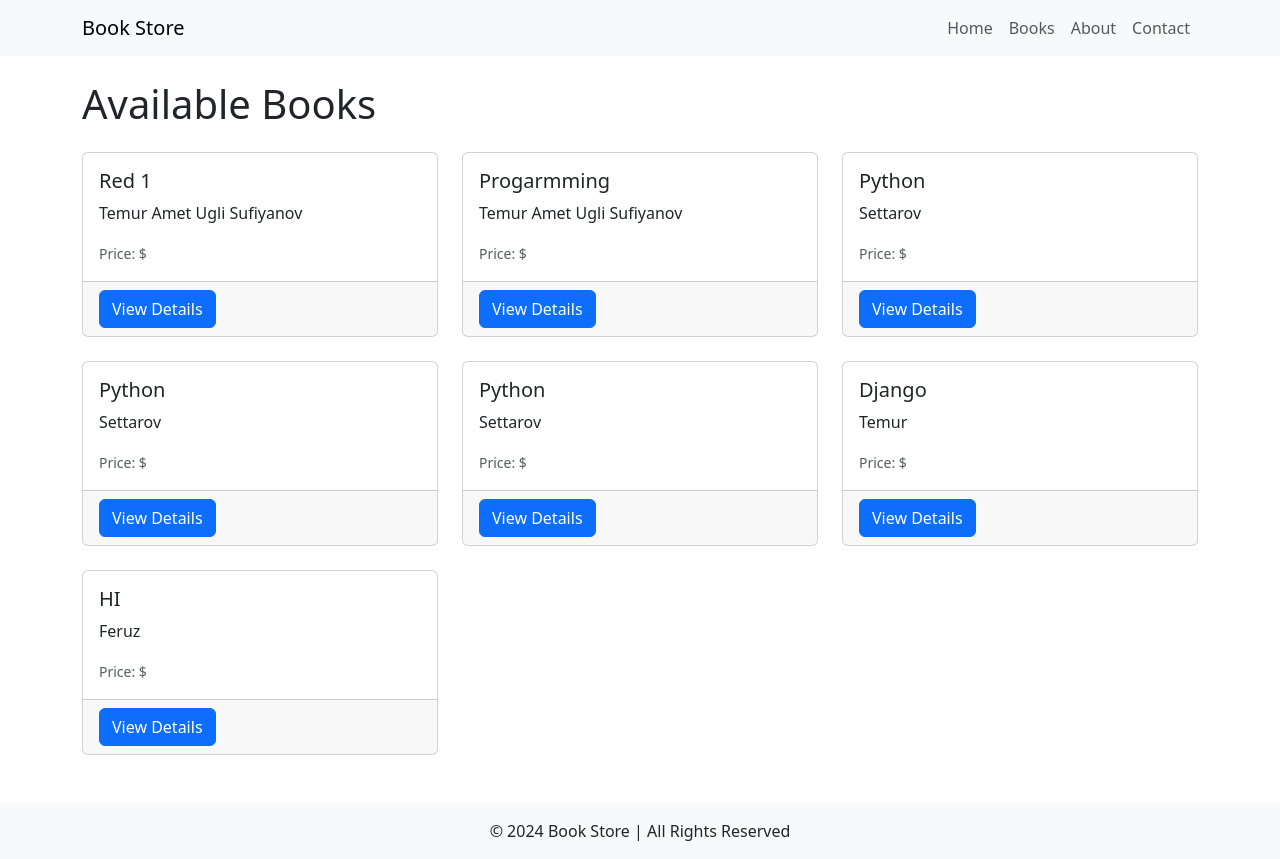
Repository: Temur-Sufiyanov/CBV
Page: http://localhost/
An editor plug-in stored every save of this project. The page is shown before and after the next save, followed by the edit.
The browser window is 1280 px wide. The pictures show the whole page.
The page is served by the project's application, run on Django 5.2 (manage.py). Other server files are loaded and not shown. The page reads the database file committed with the project.

Above is the page before, as saved 2024-12-14 12:10:17.

### book/templates/book/home.html
{% extends 'book/base.html' %}

{% block content %}
<h1 class="mb-4">Available Books</h1>
<div class="row">
    {% for book in books %}
        <div class="col-md-4 mb-4">
            <div class="card h-100">
                <div class="card-body">
                    <h5 class="card-title">{{ book.title }}</h5>
                    <p class="card-text">{{ book.author }}</p>
                    <p class="card-text"><small class="text-muted">Price: ${{ book.price }}</small></p>
                </div>
                <div class="card-footer">
                    <a href="{{ book.slug}}/" class="btn btn-primary">View Details</a>
                </div>
            </div>
        </div>
    {% endfor %}
</div>
{% endblock %}

### book/templates/book/base.html
<!DOCTYPE html>
<html lang="en">
<head>
    <meta charset="UTF-8">
    <meta name="viewport" content="width=device-width, initial-scale=1.0">
    <title>Book Store</title>
    <!-- CSS (Bootstrap for styling, you can replace with your own styles) -->
    <link rel="stylesheet" href="https://cdn.jsdelivr.net/npm/bootstrap@5.3.0/dist/css/bootstrap.min.css">
</head>
<body>
    <!-- Navbar -->
    <nav class="navbar navbar-expand-lg navbar-light bg-light">
        <div class="container">
            <a class="navbar-brand" href="/">Book Store</a>
            <button class="navbar-toggler" type="button" data-bs-toggle="collapse" data-bs-target="#navbarNav" aria-controls="navbarNav" aria-expanded="false" aria-label="Toggle navigation">
                <span class="navbar-toggler-icon"></span>
            </button>
            <div class="collapse navbar-collapse" id="navbarNav">
                <ul class="navbar-nav ms-auto">
                    <li class="nav-item">
                        <a class="nav-link" href="/">Home</a>
                    </li>
                    <li class="nav-item">
                        <a class="nav-link" href="/books/">Books</a>
                    </li>
                    <li class="nav-item">
                        <a class="nav-link" href="/about/">About</a>
                    </li>
                    <li class="nav-item">
                        <a class="nav-link" href="/contact/">Contact</a>
                    </li>
                </ul>
            </div>
        </div>
    </nav>

    <!-- Main Content Area -->
    <div class="container mt-4">
        {% block content %}
        <!-- Content will be injected here -->
        {% endblock %}
    </div>

    <!-- Footer -->
    <footer class="bg-light text-center text-lg-start mt-4">
        <div class="text-center p-3">
            © 2024 Book Store | All Rights Reserved
        </div>
    </footer>

    <!-- JS (Bootstrap and other scripts) -->
    <script src="https://cdn.jsdelivr.net/npm/bootstrap@5.3.0/dist/js/bootstrap.bundle.min.js"></script>
</body>
</html>

### book/models.py
from django.db import models

# Create your models here.

class Book(models.Model):
    title = models.CharField(max_length=200)
    author = models.CharField(max_length=150)
    genre = models.CharField(max_length=59)
    slug = models.SlugField(null=True)
    count = models.IntegerField(null=True, default=0)


    def __str__(self):
        return self.title

### book/views.py
from django.shortcuts import render
from django.views.generic.base import TemplateView
from django.views.generic.list import ListView
from django.views.generic.detail import DetailView
from .models import Book
# Create your views here.

# class IndexView(TemplateView):

#     template_name = 'book/home.html'

#     def get_context_data(self, **kwargs):
#         context = super().get_context_data(**kwargs)
#         context['books'] = Book.objects.all()

#         return context

class IndexView(ListView):
    model = Book
    template_name = 'book/home.html'
    context_object_name = 'books'

class BookDetail(DetailView):

    model = Book
    template_name = 'book/book_detail.html'
    context_object_name = 'book'

### core/urls.py
"""
URL configuration for core project.

The `urlpatterns` list routes URLs to views. For more information please see:
    https://docs.djangoproject.com/en/5.1/topics/http/urls/
Examples:
Function views
    1. Add an import:  from my_app import views
    2. Add a URL to urlpatterns:  path('', views.home, name='home')
Class-based views
    1. Add an import:  from other_app.views import Home
    2. Add a URL to urlpatterns:  path('', Home.as_view(), name='home')
Including another URLconf
    1. Import the include() function: from django.urls import include, path
    2. Add a URL to urlpatterns:  path('blog/', include('blog.urls'))
"""
from django.contrib import admin
from django.urls import path, include

urlpatterns = [
    path('admin/', admin.site.urls),
    # path('', include('cbv.urls')),
    path('',include('book.urls')),
]

### book/urls.py
from django.urls import path
from .views import IndexView, BookDetail

urlpatterns = [
    path('', IndexView.as_view(), name='home'),
    path('<slug:slug>/', BookDetail.as_view(), name='book-detail'),
]

### db.sqlite3 (the tables this page reads, as SQL)
CREATE TABLE "book_book" ("id" integer NOT NULL PRIMARY KEY AUTOINCREMENT, "title" varchar(200) NOT NULL, "author" varchar(150) NOT NULL, "genre" varchar(59) NOT NULL, "slug" varchar(50) NULL, "count" integer NULL);
INSERT INTO "book_book" VALUES
(1, 'Red 1', 'Temur Amet Ugli Sufiyanov', 'Fiction', 'fiction', 4),
(2, 'Progarmming', 'Temur Amet Ugli Sufiyanov', 'programming', 'progarmming', 7),
(3, 'Python', 'Settarov', 'programming', NULL, 0),
(4, 'Python', 'Settarov', 'programming', NULL, 0),
(5, 'Python', 'Settarov', 'programming', NULL, 0),
(6, 'Django', 'Temur', 'IT', 'django', 0),
(7, 'HI', 'Feruz', 'Fantasysss', 'hi', 0);

After the next save:
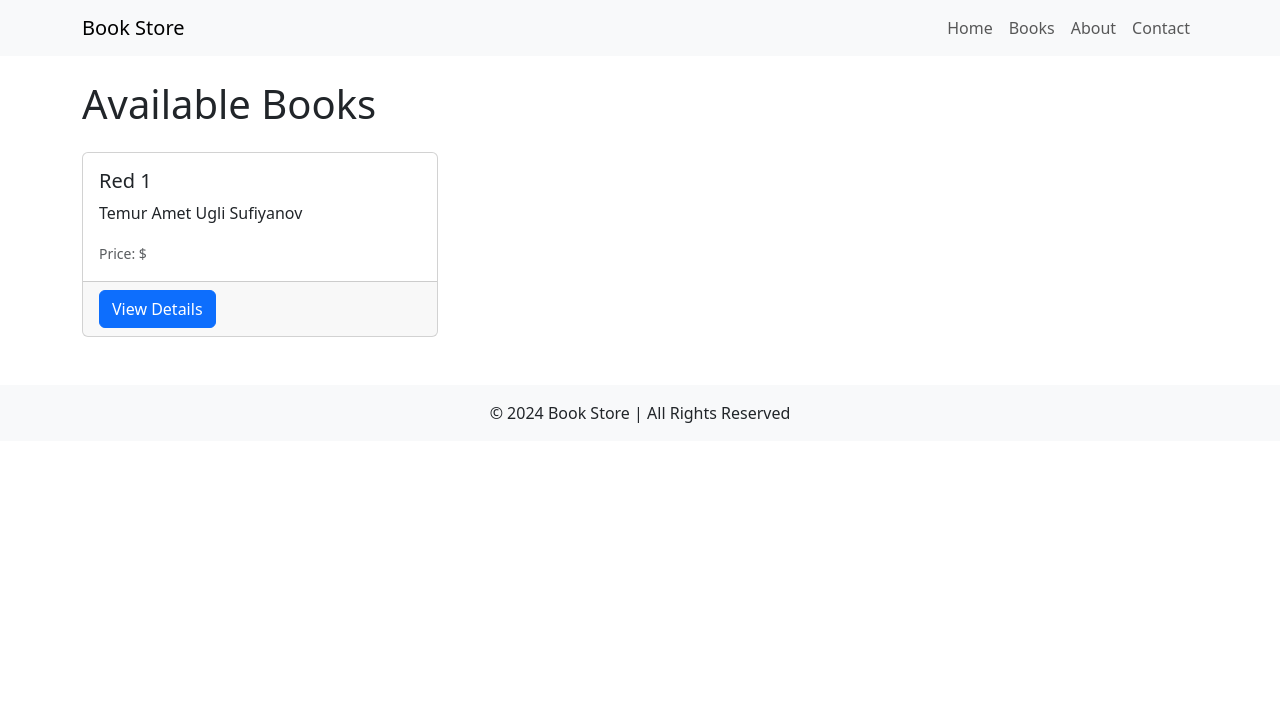
Saved 8 min 11 s later.
--- a/book/views.py
+++ b/book/views.py
@@ -19,6 +19,7 @@ class IndexView(ListView):
     model = Book
     template_name = 'book/home.html'
     context_object_name = 'books'
+    paginate_by = 1
 
 class BookDetail(DetailView):
 
